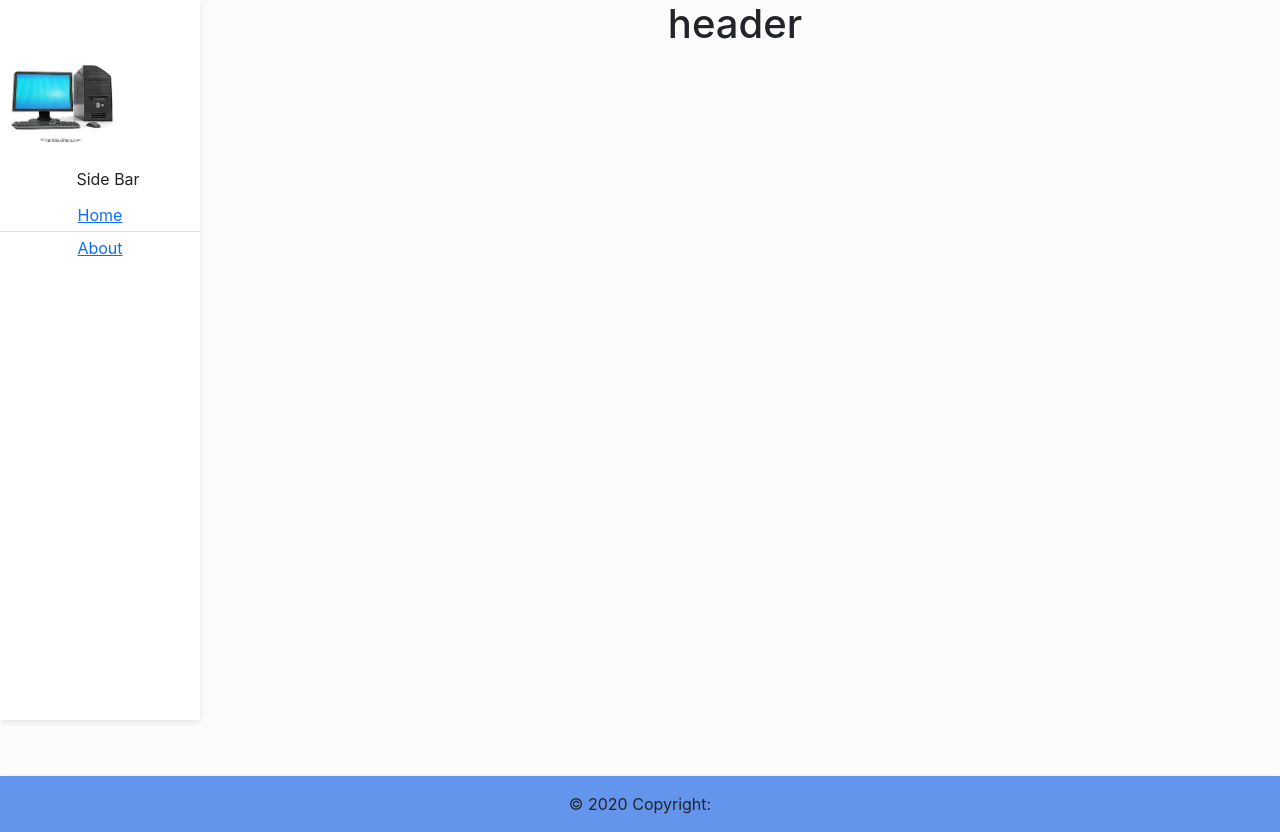
Repository: Sakshamccna/React
Page: /
These files come from the project's save history. The page is drawn as it stood at one moment and after the next save; the edit follows.
The browser window is 1280 px wide. The pictures show the whole page.
The project was rebuilt for these pictures with package versions that can differ from the ones it lists, and the page was loaded fresh each time. Also part of the build but not shown: src/Components/Home.tsx, src/Components/About.tsx.

Above is the page before, as saved 2022-12-26 12:28:41.

### public/index.html
<!DOCTYPE html>
<html lang="en">

<head>
  <meta charset="utf-8" />
  <link rel="icon" href="%PUBLIC_URL%/favicon.ico" />
  <meta name="viewport" content="width=device-width, initial-scale=1" />
  <meta name="theme-color" content="#000000" />
  <meta name="description" content="Web site created using create-react-app" />
  <link rel="apple-touch-icon" href="%PUBLIC_URL%/logo192.png" />
  <!--
      manifest.json provides metadata used when your web app is installed on a
      user's mobile device or desktop. See https://developers.google.com/web/fundamentals/web-app-manifest/
    -->
  <link rel="manifest" href="%PUBLIC_URL%/manifest.json" />
  <link href="https://cdn.jsdelivr.net/npm/bootstrap@5.2.3/dist/css/bootstrap.min.css" rel="stylesheet"
    integrity="sha384-rbsA2VBKQhggwzxH7pPCaAqO46MgnOM80zW1RWuH61DGLwZJEdK2Kadq2F9CUG65" crossorigin="anonymous">
  <!--
      Notice the use of %PUBLIC_URL% in the tags above.
      It will be replaced with the URL of the `public` folder during the build.
      Only files inside the `public` folder can be referenced from the HTML.

      Unlike "/favicon.ico" or "favicon.ico", "%PUBLIC_URL%/favicon.ico" will
      work correctly both with client-side routing and a non-root public URL.
      Learn how to configure a non-root public URL by running `npm run build`.
    -->
  <title>React App</title>
</head>

<body>
  <noscript>You need to enable JavaScript to run this app.</noscript>
  <div id="root"></div>
  <!--
      This HTML file is a template.
      If you open it directly in the browser, you will see an empty page.

      You can add webfonts, meta tags, or analytics to this file.
      The build step will place the bundled scripts into the <body> tag.

      To begin the development, run `npm start` or `yarn start`.
      To create a production bundle, use `npm run build` or `yarn build`.
    -->
</body>
<script src="https://cdn.jsdelivr.net/npm/bootstrap@5.2.3/dist/js/bootstrap.bundle.min.js"
  integrity="sha384-kenU1KFdBIe4zVF0s0G1M5b4hcpxyD9F7jL+jjXkk+Q2h455rYXK/7HAuoJl+0I4" crossorigin="anonymous"></script>

</html>

### src/App.tsx
import React from 'react';
import logo from './logo.svg';
import './App.css';
import { BrowserRouter, Routes, Route } from 'react-router-dom';
import Headers from './Components/Headers';

import Footers from './Components/Footers';
import Sidebar from './Components/Sidebar';
import Home from './Components/Home';
import About from './Components/About';

function App() {
  return (
    <div className="App">
      <BrowserRouter>

        <Routes>
          <Route path="/" element={<Sidebar />} >
            <Route path="/" element={<Headers />} >
              <Route path="Home" element={<Home />} />
              <Route path="About" element={<About />} />
            </Route>
          </Route>






        </Routes>

      </BrowserRouter>
      <Footers />



    </div >
  );
}

export default App;

### src/Components/Headers.tsx
import React from 'react'
import { Outlet } from 'react-router-dom'
import "./Header.css"

function Headers() {
    return (
        <>
            {/* <nav className="navbar sticky-top navbar-lig navbar-light topnav-right">

                <div className="">
                    <div className="d-flex justify-content-center mx-4 ">
                        <button type="button" className="btn btn-light btn-lg">logout</button>
                    </div>

                </div>
            </nav> */}
            <div className='container'>
                <div className='row'>
                    <div className='col-2'>

                    </div>
                    <div className='col-10'>
                        <h1>header</h1>
                    </div>
                </div>

            </div>
            <Outlet />

        </>
    )
}

export default Headers

### src/Components/Footers.tsx
import React from 'react'
import "./footer.css"

function Footers() {
    return (
        <footer className="footer">


            <div className="footer-copyright text-center py-3">© 2020 Copyright:

            </div>



        </footer>
    )
}

export default Footers

### src/Components/Sidebar.tsx
import React from 'react'
import { Link, Outlet, useNavigate } from "react-router-dom";
import "./sidebar.css"

function Sidebar() {
    return (
        <>
            <nav id="sidebarMenu" className=" d-lg-block navbar-expand-lg navbar-light sidebar bg-white">


                <p
                    className="nav-link d-flex align-items-center center">
                    <img


                        src="hello.jpg"
                        className="rounded-circle"
                        height="85"
                        alt="Avatar"
                        loading="lazy"
                    />
                </p>

                <a
                    className="list-group-item list-group-item-action py-2 ripple"
                    aria-current="true"
                    data-mdb-toggle="collapse"
                    href="#collapseExample1"
                    aria-expanded="true"
                    aria-controls="collapseExample1"
                >
                    <i className="fas fa-tachometer-alt fa-fw me-3"></i><span>Side Bar</span>
                </a>

                <ul id="collapseExample1" className="collapse show list-group list-group-flush">
                    <li className="list-group-item py-1">
                        < Link to="Home" > Home</Link >
                    </li>
                    <li className="list-group-item py-1">
                        < Link to="About" > About</Link >
                    </li>

                </ul>
            </nav>
            <Outlet />

        </>
    )
}

export default Sidebar

### src/Components/footer.css
.footer {
    margin-top: 100vh;
    box-shadow: 0 2px 5px 0 rgb(0 0 0 / 5%), 0 2px 10px 0 rgb(0 0 0 / 5%);
    background-color: #6495ED;
}

### src/Components/sidebar.css
body {
    background-color: #fbfbfb;
}




.sidebar {
    position: fixed;
    top: 0;
    bottom: 0;
    left: 0;
    padding: 58px 0 0;

    box-shadow: 0 2px 5px 0 rgb(0 0 0 / 5%), 0 2px 10px 0 rgb(0 0 0 / 5%);
    width: 200px;
    z-index: 600;
}

### src/Components/Header.css
.topnav-right {
    display: flex;
    justify-content: flex-end;

}

Loaded but not shown: src/index.tsx (common file); src/index.css (common file); src/reportWebVitals.ts (common file); src/App.css (common file)

After the next save:
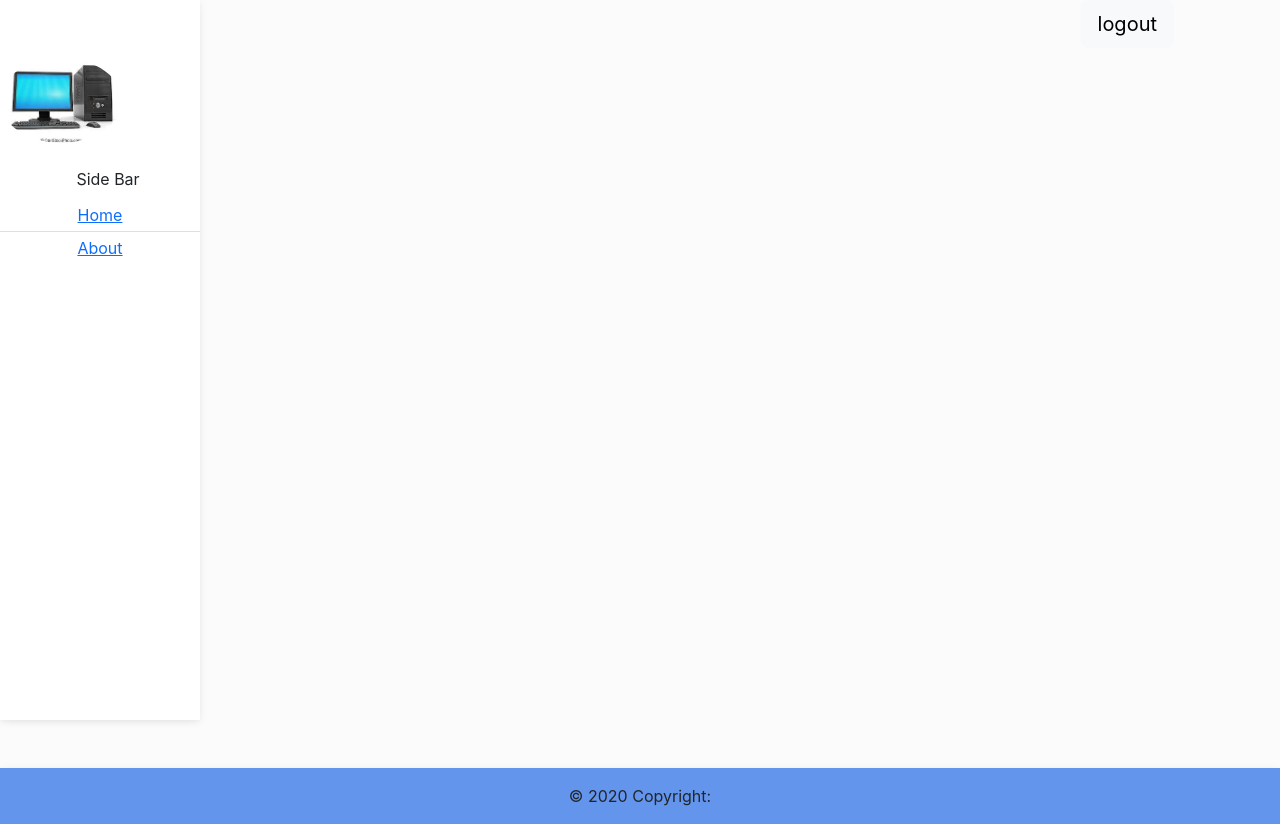
Saved 61 s later.
--- a/src/Components/Headers.tsx
+++ b/src/Components/Headers.tsx
@@ -20,7 +20,12 @@ function Headers() {
 
                     </div>
                     <div className='col-10'>
-                        <h1>header</h1>
+                        <div className="topnav-right">
+                            <div className="d-flex justify-content-center mx-4 ">
+                                <button type="button" className="btn btn-light btn-lg">logout</button>
+                            </div>
+
+                        </div>
                     </div>
                 </div>
 
